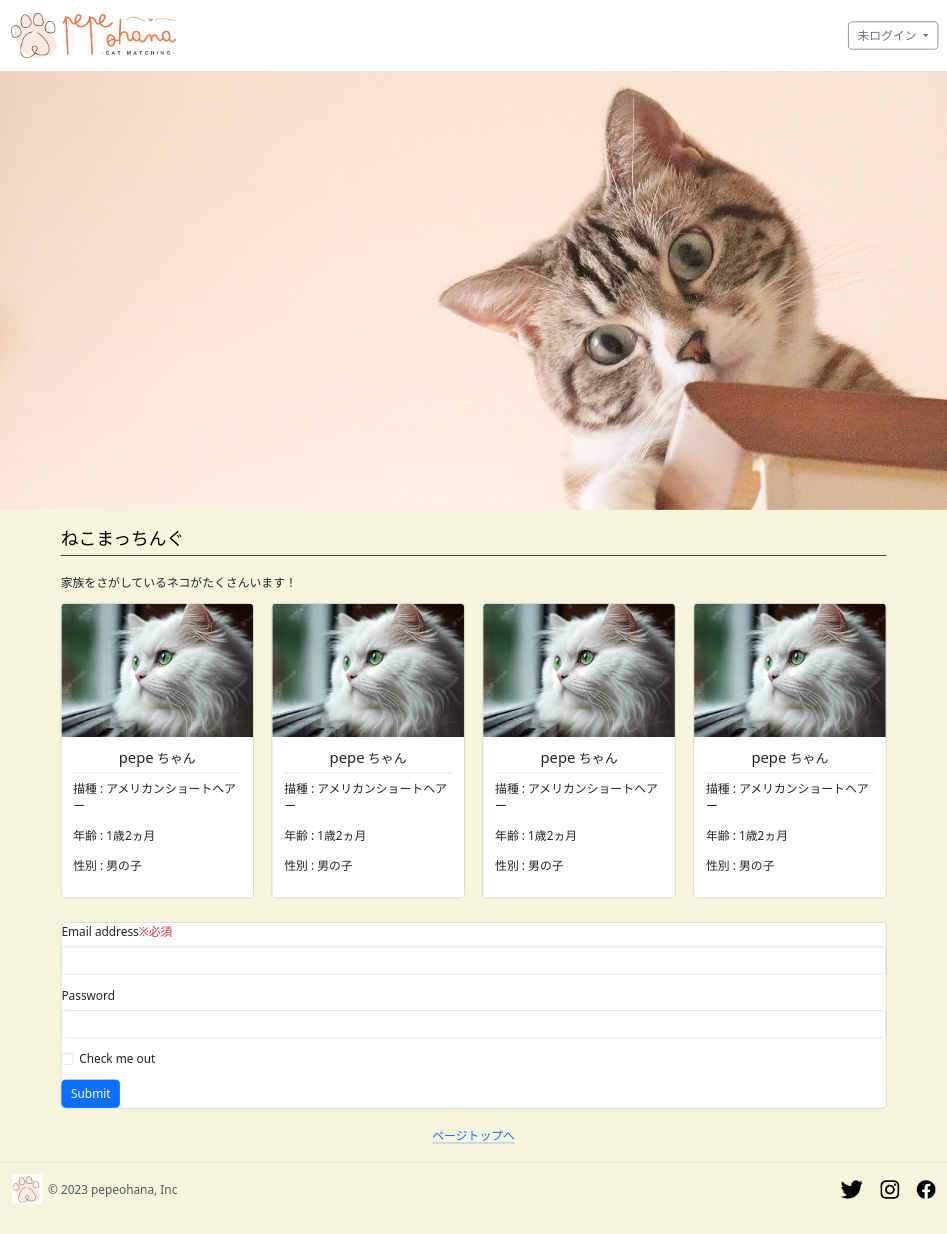
Repository: sakuwell/pepe
Page: http://localhost/PepeOhana/
The author's editor kept a copy of each file at every save. The page is drawn from the files as they stood at one save, then again after the next save.
The browser window is 1280 px wide. The pictures show the whole page, at 74% of full size.
The page is served by Tomcat 9. Other server files are loaded and not shown.

Above is the page before, as saved 2023-09-06 05:36:50.

### ExWorkSpace/PepeOhana/src/main/webapp/index.jsp
<%@ page language="java" contentType="text/html; charset=UTF-8"
    pageEncoding="UTF-8"%>
<%@ page import="model.UsersInfoDto" %>

<!DOCTYPE html>
<html lang="ja">
<head>
    <meta charset="UTF-8">
    <meta name="viewport" content="width=device-width, initial-scale=1.0">
    <!-- Bootstrap CSS -->
    <link href="https://cdn.jsdelivr.net/npm/bootstrap@5.3.0/dist/css/bootstrap.min.css" rel="stylesheet" integrity="sha384-9ndCyUaIbzAi2FUVXJi0CjmCapSmO7SnpJef0486qhLnuZ2cdeRhO02iuK6FUUVM" crossorigin="anonymous">
    <script src="https://cdn.jsdelivr.net/npm/bootstrap@5.3.0/dist/js/bootstrap.bundle.min.js" integrity="sha384-geWF76RCwLtnZ8qwWowPQNguL3RmwHVBC9FhGdlKrxdiJJigb/j/68SIy3Te4Bkz" crossorigin="anonymous"></script>
    <title>Top | pepeohana</title>
</head>

<%
    // セッションを取得
	UsersInfoDto userInfoOnSession = (UsersInfoDto)session.getAttribute("LOGIN_INFO");
	boolean isLoggedIn = false;
	String userName = "";
	//HttpSession mysession = request.getSession(true);

    // セッションが存在し、username属性もセットされている場合はログイン済み
    if (userInfoOnSession != null) {
		userName = userInfoOnSession.getUserName();
        isLoggedIn = true;
    }
%>

<body  style="background-color:beige;">
	<% if (isLoggedIn) { %>
    <!-- ログイン済ヘッダー -->
    <nav class="navbar navbar-expand-lg navbar-light bg-white">
        <div class="container-fluid">
            <a class="navbar-brand" href="index.jsp">
                <img src="images/pepe_ohana_logo.png" alt="ページロゴ" width="auto" height="70">
            </a>
            <div class="btn-group">
                <button type="button" class="btn btn-secondary dropdown-toggle" data-bs-toggle="dropdown" aria-expanded="false">
                    userName
                </button>
                <ul class="dropdown-menu dropdown-menu-end">
                    <li><a class="dropdown-item" href="<%=request.getContextPath()%>/ExeMyPage">マイページ</a></li>
                    <li><a class="dropdown-item" href="<%=request.getContextPath()%>/ExeLogout">ログアウト</a></li>
                </ul>
            </div>
        </div>
    </nav>
    <!-- ログイン済ヘッダーここまで -->
    <% } else { %>
    <!-- 未ログインヘッダー -->
    <nav class="navbar navbar-expand-lg navbar-light bg-white">
    	<div class="container-fluid">
        	<a class="navbar-brand" href="index.jsp">
          		<img src="images/pepe_ohana_logo.png" alt="ページロゴ" width="auto" height="70">
          	</a>
         	<div class="btn-group">
            	<button type="button" class="btn btn-outline-secondary dropdown-toggle" data-bs-toggle="dropdown" aria-expanded="false">
             		 未ログイン
            	</button>
            	<ul class="dropdown-menu dropdown-menu-end">
              		<li><a class="dropdown-item" href="jsp/Login.jsp">ログイン</a></li>
              		<li><a class="dropdown-item" href="jsp/registUser.jsp">新規ユーザー登録</a></li>
            	</ul>
          	</div>
        </div>
    </nav>
    <!-- 未ログインヘッダーここまで -->
    <% } %>


    <!-- ヒーロー画像 -->
    <img class="img-fluid mb-4" src="images/hero_index.jpg"  alt="index画像" style="max-height:600px; width:100%; object-fit: cover;">

    <!-- ここから下　ページごとの内容 -->
    <div class="container">
        <div class="h4 pb-2 mb-4 text-black border-bottom border-black">
            ねこまっちんぐ
        </div>
            <p>家族をさがしているネコがたくさんいます！</p>
        <!-- 猫カードエリア -->
        <div class="row">
           <!-- カードのコンテンツ1 -->
           <div class="col-6 col-md-4 col-lg-3">
                <div class="card mb-3">
                	<img src="images/cat_2.jpg" style="height:180px; width: 100%; object-fit: cover;" class="card-img-top" alt="猫画像">
                    <div class="card-body">
                        <h5 class="card-title text-center border-bottom pb-2">pepe<small> ちゃん</small></h5>
                        <p class="card-text text-right">描種 : アメリカンショートヘアー</p>
                        <p class="card-text text-right">年齢 : 1歳2ヵ月</p>
                        <p class="card-text text-right">性別 : 男の子</p>
                        <div class="d-flex justify-content-center">
                            <a href="#" class="stretched-link"></a>
                        </div>
                    </div>
                </div>
            </div>
           <!-- カードのコンテンツ2 -->
           <div class="col-6 col-md-4 col-lg-3">
                <div class="card mb-3">
                	<img src="images/cat_2.jpg" style="height:180px; width: 100%; object-fit: cover;" class="card-img-top" alt="猫画像">
                    <div class="card-body">
                        <h5 class="card-title text-center border-bottom pb-2">pepe<small> ちゃん</small></h5>
                        <p class="card-text text-right">描種 : アメリカンショートヘアー</p>
                        <p class="card-text text-right">年齢 : 1歳2ヵ月</p>
                        <p class="card-text text-right">性別 : 男の子</p>
                        <div class="d-flex justify-content-center">
                            <a href="#" class="stretched-link"></a>
                        </div>
                    </div>
                </div>
            </div>
           <!-- カードのコンテンツ3 -->
           <div class="col-6 col-md-4 col-lg-3">
                <div class="card mb-3">
                	<img src="images/cat_2.jpg" style="height:180px; width: 100%; object-fit: cover;" class="card-img-top" alt="猫画像">
                    <div class="card-body">
                        <h5 class="card-title text-center border-bottom pb-2">pepe<small> ちゃん</small></h5>
                        <p class="card-text text-right">描種 : アメリカンショートヘアー</p>
                        <p class="card-text text-right">年齢 : 1歳2ヵ月</p>
                        <p class="card-text text-right">性別 : 男の子</p>
                        <div class="d-flex justify-content-center">
                            <a href="#" class="stretched-link"></a>
                        </div>
                    </div>
                </div>
            </div>
           <!-- カードのコンテンツ4 -->
           <div class="col-6 col-md-4 col-lg-3">
                <div class="card mb-3">
                	<img src="images/cat_2.jpg" style="height:180px; width: 100%; object-fit: cover;" class="card-img-top" alt="猫画像">
                     <div class="card-body">
                         <h5 class="card-title text-center border-bottom pb-2">pepe<small> ちゃん</small></h5>
                         <p class="card-text text-right">描種 : アメリカンショートヘアー</p>
                         <p class="card-text text-right">年齢 : 1歳2ヵ月</p>
                         <p class="card-text text-right">性別 : 男の子</p>
                         <div class="d-flex justify-content-center">
                             <a href="#" class="stretched-link"></a>
                         </div>
                     </div>
                 </div>
            </div>
		</div>

        <!-- 検索フォームエリア -->
        <div class="card mt-3 3">
         	<form action="#">
				<div class="mb-3">
	 				<label for="exampleInputEmail1" class="form-label">Email address<span class="text-danger">※必須</span></label>
	 				<input type="email" class="form-control" id="exampleInputEmail1" aria-describedby="emailHelp">
	 				<div id="emailHelp" class="form-text">

	 				</div>
				</div>
				<div class="mb-3">
					<label for="exampleInputPassword1" class="form-label">Password</label>
	 				<input type="password" class="form-control" id="exampleInputPassword1">
				</div>
				<div class="mb-3 form-check">
					<input type="checkbox" class="form-check-input" id="exampleCheck1">
	 				<label class="form-check-label" for="exampleCheck1">Check me out</label>
				</div>
				<button type="submit" class="btn btn-primary">Submit</button>
			</form>
		</div>

	</div>
    <!-- ここまで　ページごとの内容 -->

    <!-- フッター -->
    <div class="text-center mt-4">
        <a class="icon-link icon-link-hover" href="#">
            ページトップへ
        </a>
	</div>
	<footer class="d-flex flex-wrap justify-content-between align-items-center py-3 my-4 border-top">
    	<div class="col-md-4 d-flex align-items-center ms-3">
        	<a href="index.jsp" class="mb-3 me-2 mb-md-0"><img alt="ロゴ画像" src="images/nikukyu_logo.png" width="auto" height="40"></a>
          	<span class="mb-3 mb-md-0 text-body-secondary">© 2023 pepeohana, Inc</span>
        </div>
        <ul class="nav col-md-4 justify-content-end list-unstyled d-flex me-3">
            <li><a href="#"><img src=images/twitter_logo.png width="auto" height="25"></a></li>
            <li class="ms-4"><a href="#"><img src=images/insta_logo.png width="auto" height="25"></a></li>
            <li class="ms-4"><a href="#"><img src=images/facebook_logo.png width="auto" height="25"></a></li>
        </ul>
	</footer>
    <!-- フッター　ここまで -->

</body>
</html>

After the next save:
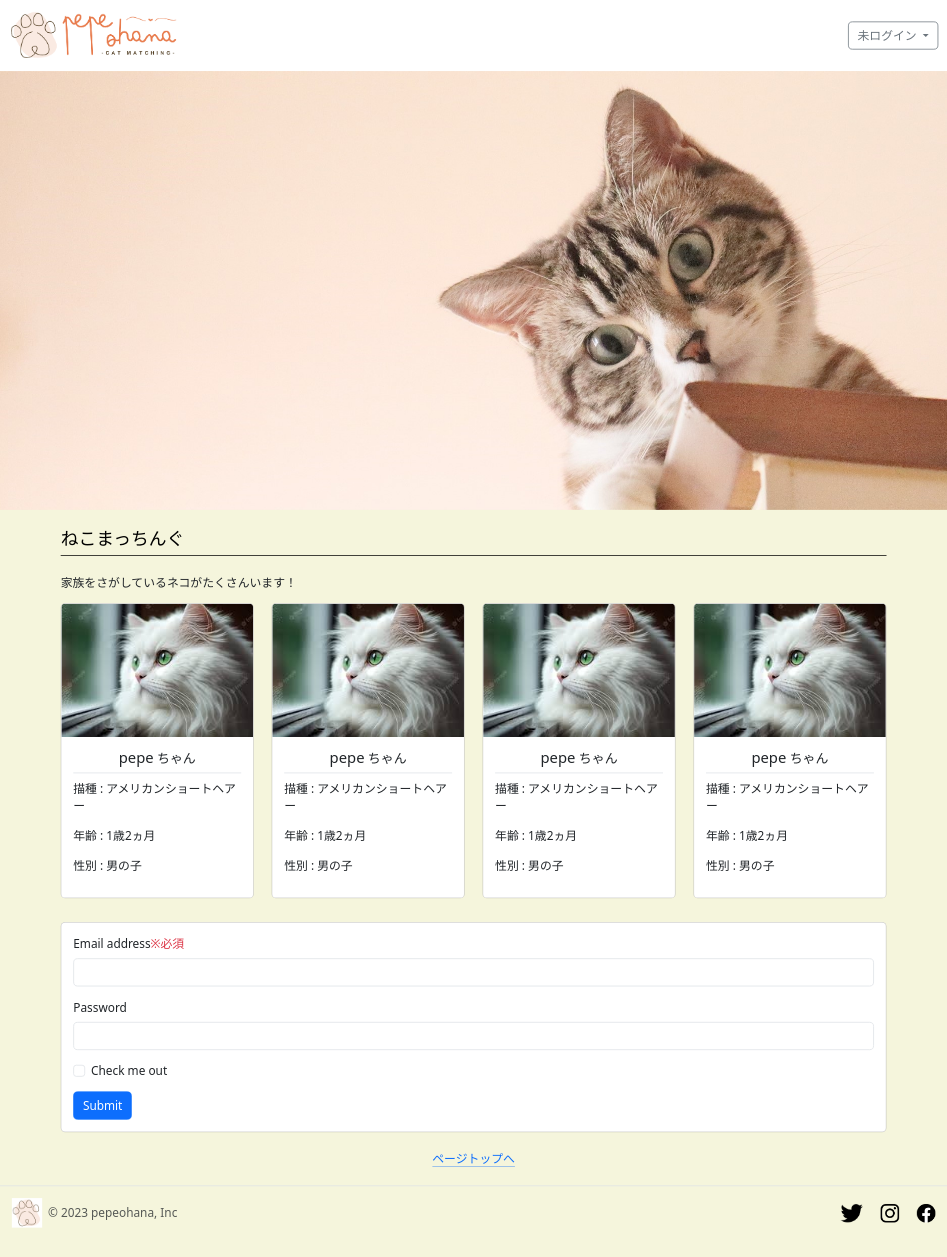
Saved 12 s later.
--- a/ExWorkSpace/PepeOhana/src/main/webapp/index.jsp
+++ b/ExWorkSpace/PepeOhana/src/main/webapp/index.jsp
@@ -143,7 +143,7 @@
 		</div>
 
         <!-- 検索フォームエリア -->
-        <div class="card mt-3 3">
+        <div class="card mt-3 p-3">
          	<form action="#">
 				<div class="mb-3">
 	 				<label for="exampleInputEmail1" class="form-label">Email address<span class="text-danger">※必須</span></label>
